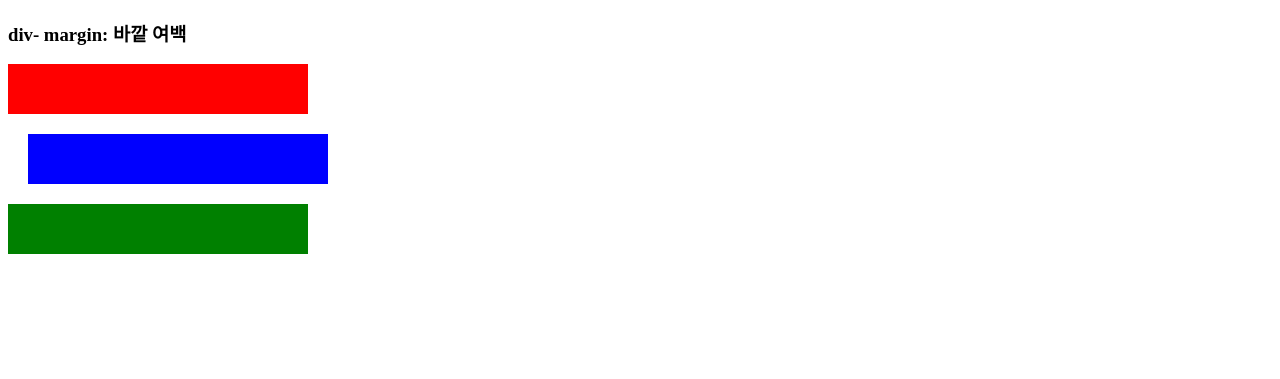
Repository: marudaga/html-css-lecture
Page: work/study/src/main/webapp/htmlEx/ch03/ex05.html
An editor plug-in stored every save of this project. The page is shown before and after the next save, followed by the edit.
The browser window is 1280 px wide. The pictures show the whole page.

Above is the page before, as saved 2022-09-06 07:30:39.

After the next save:
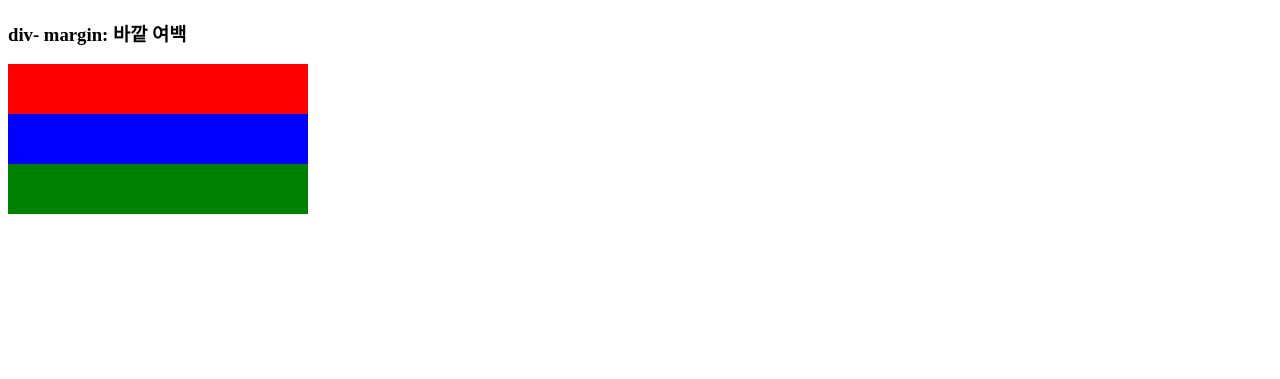
Saved 34 s later.
--- a/work/study/src/main/webapp/htmlEx/ch03/ex05.html
+++ b/work/study/src/main/webapp/htmlEx/ch03/ex05.html
@@ -8,7 +8,7 @@
 <h3>div- margin: 바깥 여백</h3>
 
 <div style="background: red; width:300px;height: 50px; "></div>
-<div style="background: blue; width:300px;height: 50px; margin: 20px; "></div>
+<div style="background: blue; width:300px;height: 50px;  "></div>
 <div style="background: green; width:300px;height: 50px;  "></div>
 <br>
 

After the save that followed:
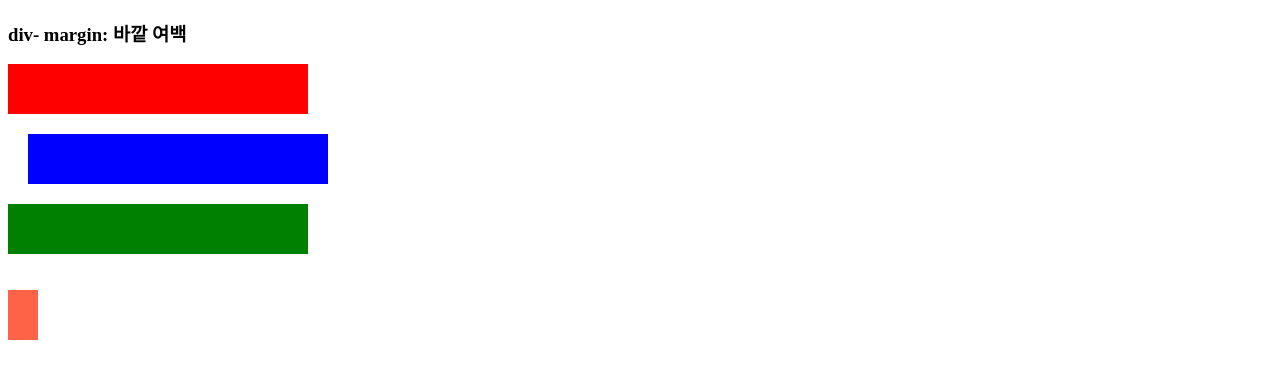
Saved 68 s later.
--- a/work/study/src/main/webapp/htmlEx/ch03/ex05.html
+++ b/work/study/src/main/webapp/htmlEx/ch03/ex05.html
@@ -8,9 +8,11 @@
 <h3>div- margin: 바깥 여백</h3>
 
 <div style="background: red; width:300px;height: 50px; "></div>
-<div style="background: blue; width:300px;height: 50px;  "></div>
+<div style="background: blue; width:300px;height: 50px; margin: 20px; "></div>
 <div style="background: green; width:300px;height: 50px;  "></div>
-<br>
+<br><br>
+
+<div style="background: tomato; width: 30px; height: 50px; margin: 20px atuo;"></div>
 
 </body>
 </html>
